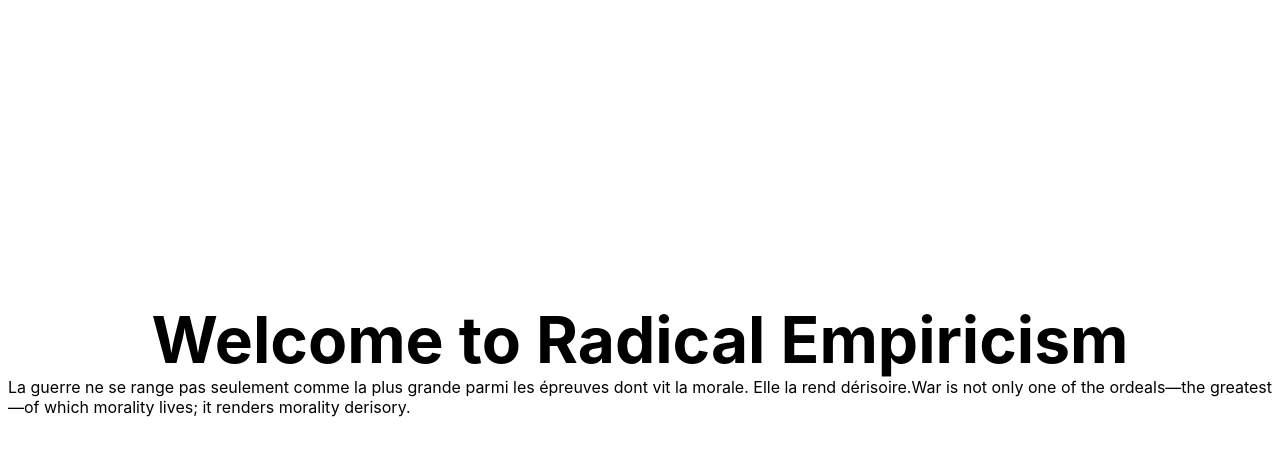
Repository: mcverter/EthicalPataphysicsOfAnarchism
Page: / (app in RadicalEmpiricism/src/nextjs/)
These files come from the project's save history. The page is drawn as it stood at one moment and after the next save; the edit follows.
The browser window is 1280 px wide. The pictures show the whole page.
The project was rebuilt for these pictures with package versions that can differ from the ones it lists, and the page was loaded fresh each time. The framework's server and built-in components were replaced by stand-ins that run in the browser.

Above is the page before, as saved 2022-01-08 17:44:50.

After the next save:
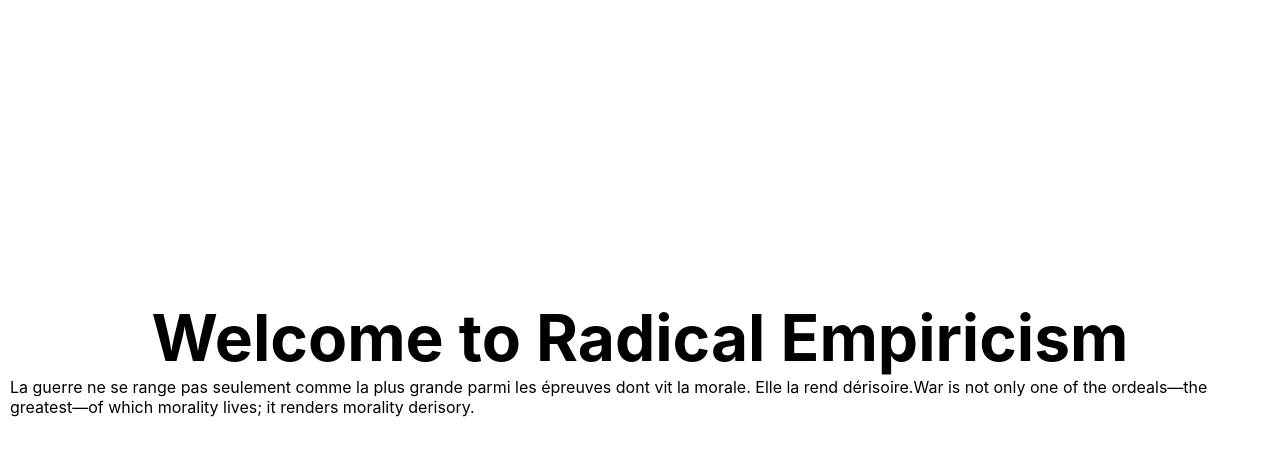
Saved 29 min 14 s later.
--- a/RadicalEmpiricism/src/nextjs/pages/index.js
+++ b/RadicalEmpiricism/src/nextjs/pages/index.js
@@ -55,10 +55,12 @@ export default function Home() {
           frenchTISentences.length > 0 &&
           englishTISentences &&
           englishTISentences.length > 0 && (
-            <div>
-              {frenchTISentences[5]}
-              {englishTISentences[5]}
-            </div>
+            <table>
+              <div>
+                {frenchTISentences[5]}
+                {englishTISentences[5]}
+              </div>
+            </table>
           )}
       </main>
     </div>
